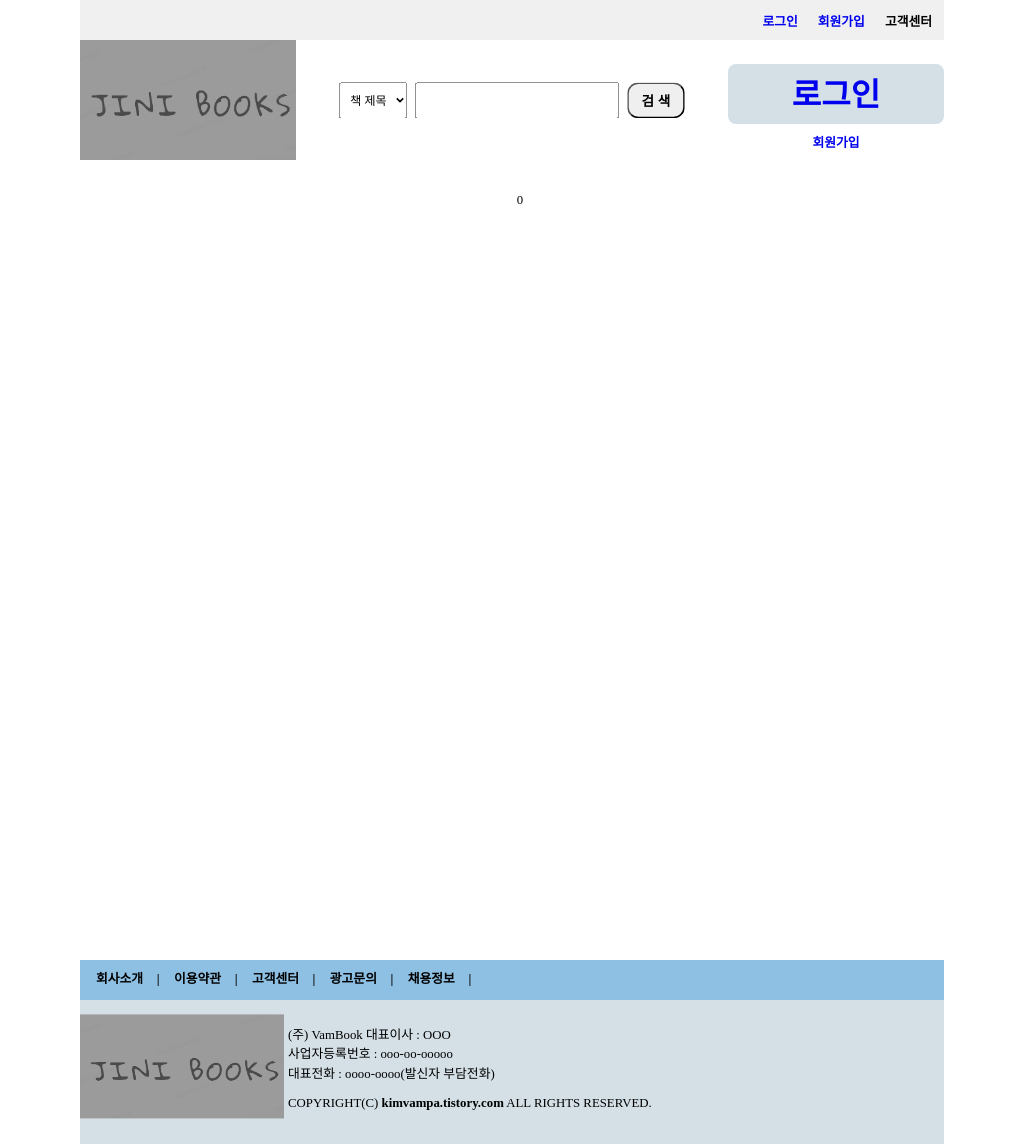
Repository: leechanjin7/ShoppingMall
Page: http://localhost/ShoppingMall/WEB-INF/views/search.jsp
The author's editor kept a copy of each file at every save. The page is drawn from the files as they stood at one save, then again after the next save.
The browser window is 1280 px wide. The pictures show the whole page, at 80% of full size.
The page is served by Tomcat 9. Nobody is signed in. The template is opened directly, without the code that normally fills it, so the values that code supplies are empty.

Above is the page before, as saved 2023-09-12 01:19:58.

After the next save:
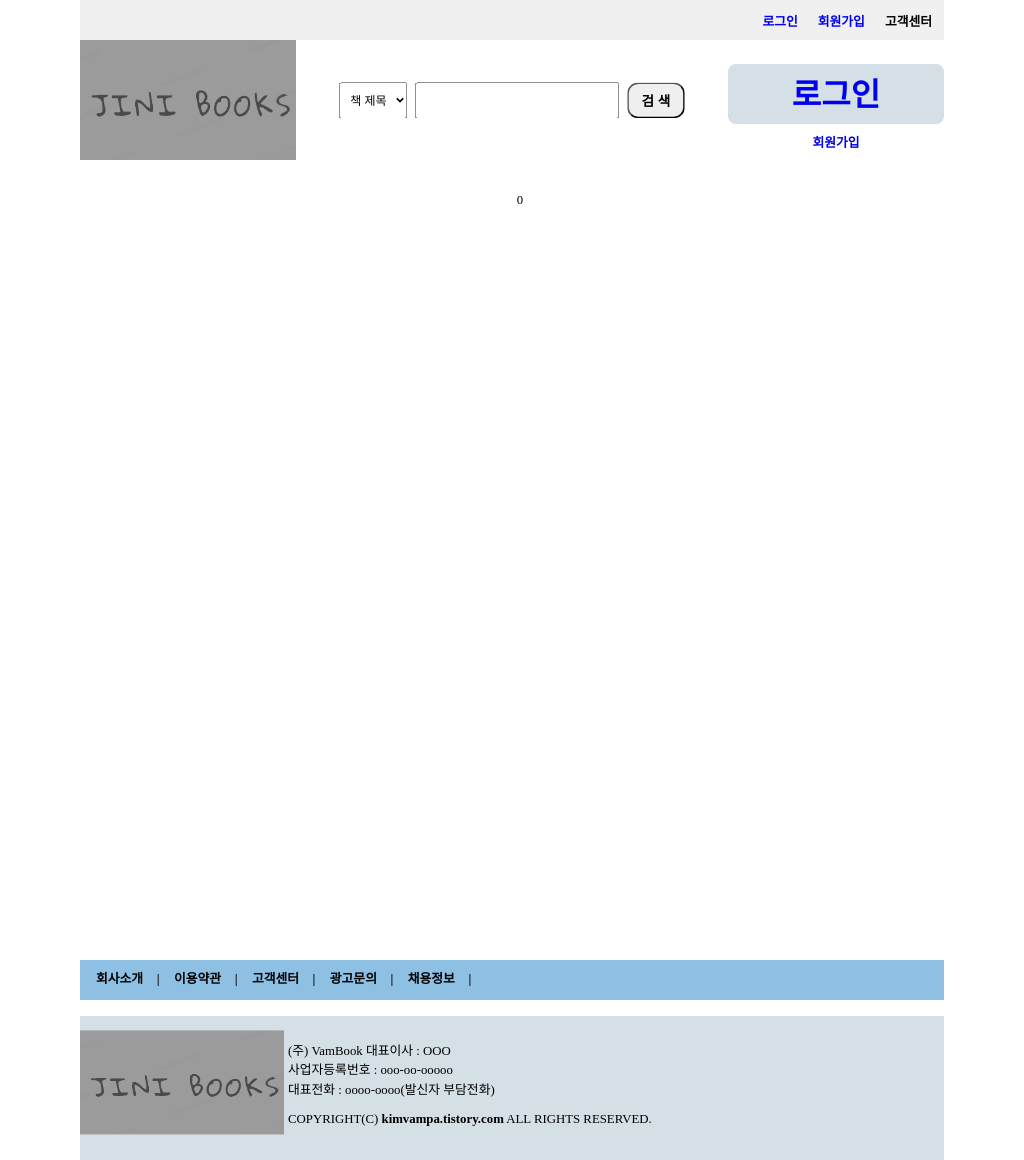
Saved 2 min 52 s later.
--- a/workspace/ShoppingMall/src/main/webapp/resources/css/search.css
+++ b/workspace/ShoppingMall/src/main/webapp/resources/css/search.css
@@ -286,6 +286,12 @@
 }
 
 /* footer navai 영역 */
+.footer{
+	position : relative;
+	clear : both;
+	margin-top : 20px;
+}
+
 .footer_nav {
 	width: 100%;
 	height: 50px;

After the save that followed:
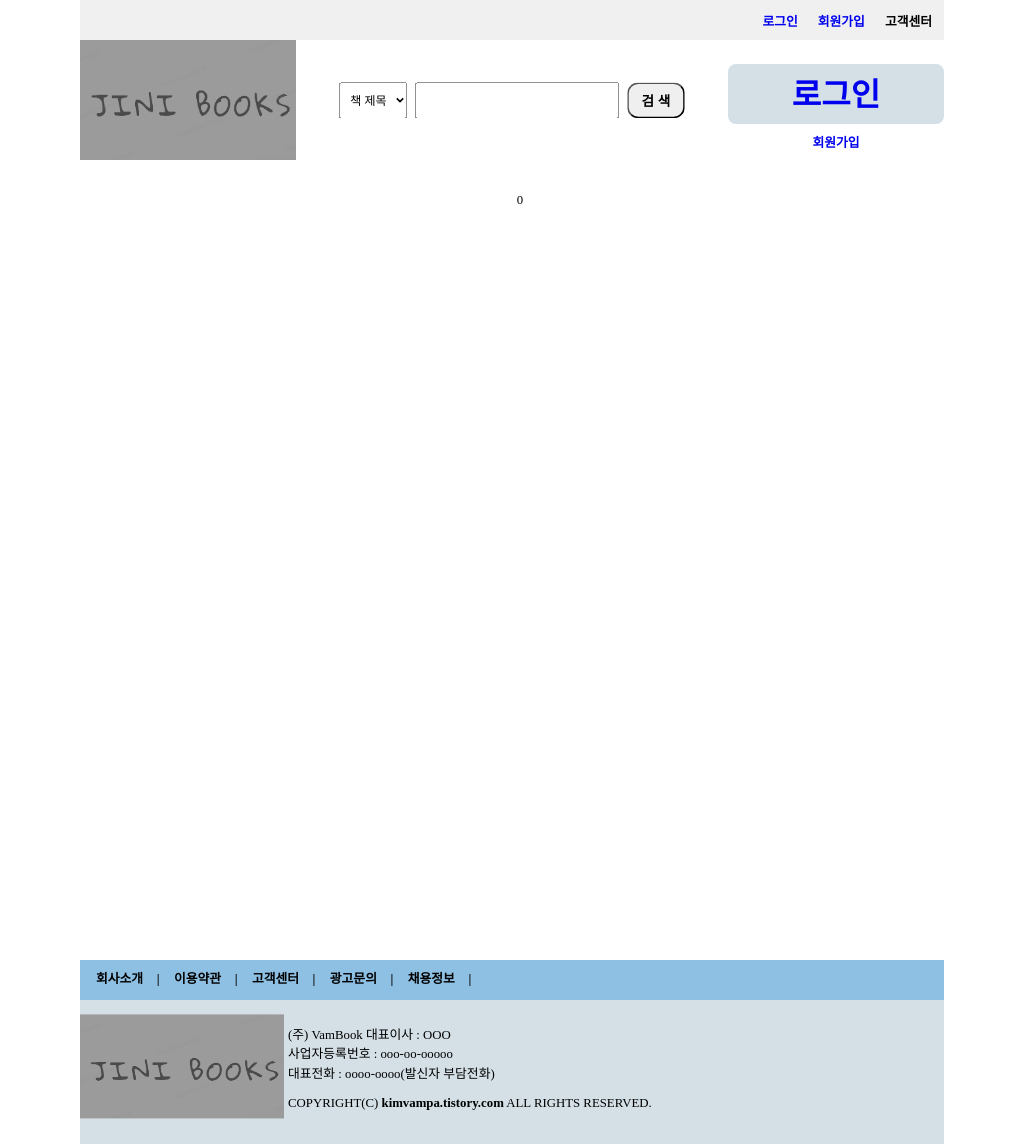
Saved 22 s later.
--- a/workspace/ShoppingMall/src/main/webapp/resources/css/search.css
+++ b/workspace/ShoppingMall/src/main/webapp/resources/css/search.css
@@ -289,7 +289,6 @@
 .footer{
 	position : relative;
 	clear : both;
-	margin-top : 20px;
 }
 
 .footer_nav {
